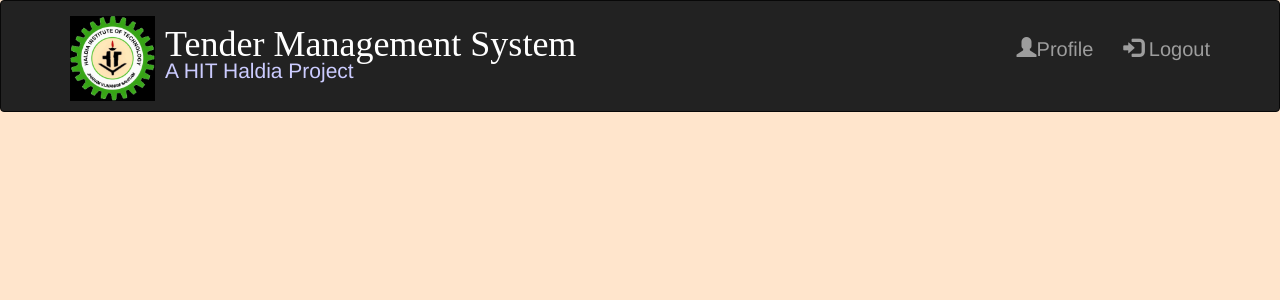
Repository: ShrikantSurve57/Tender-Allotment
Page: http://localhost/tendermanagement/header.jsp
These files come from the project's save history. The page is drawn as it stood at one moment and after the next save; the edit follows.
The browser window is 1280 px wide. The pictures show the whole page.
Some web fonts or font styles are not loaded; a fallback is used. The page is served by Tomcat 9.

Above is the page before, as saved 2026-01-21 09:43:34.

After the next save:
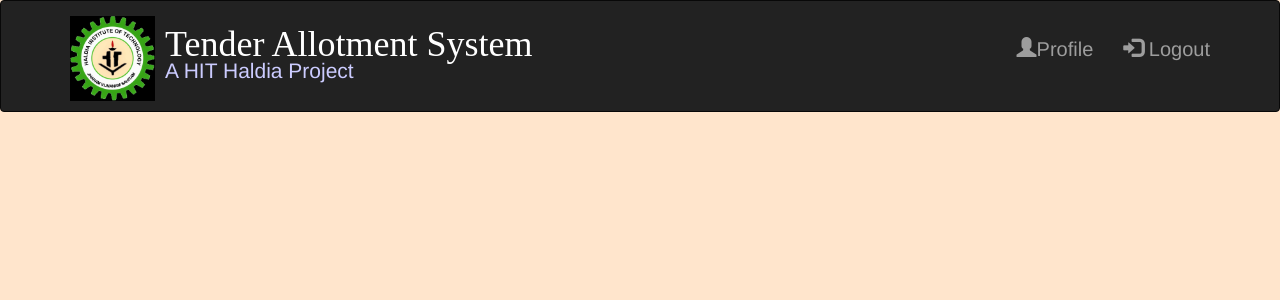
Saved 111 s later.
--- a/tendermanagement/WebContent/header.jsp
+++ b/tendermanagement/WebContent/header.jsp
@@ -27,7 +27,7 @@
                 <a href="#" class="pull-left">
                     <img src="images/hit1.jpg" alt="HIT Haldia" width="70px" height="70px"/>
                 </a>
-                    <a class="navbar-brand" href="#"><h1>Tender Management System</h1></a> <!-- Library Name fixed-->
+                    <a class="navbar-brand" href="#"><h1>Tender Allotment System</h1></a> <!-- Library Name fixed-->
                     <a href="#"><p> A HIT Haldia Project</p></a>
             </div>
 
